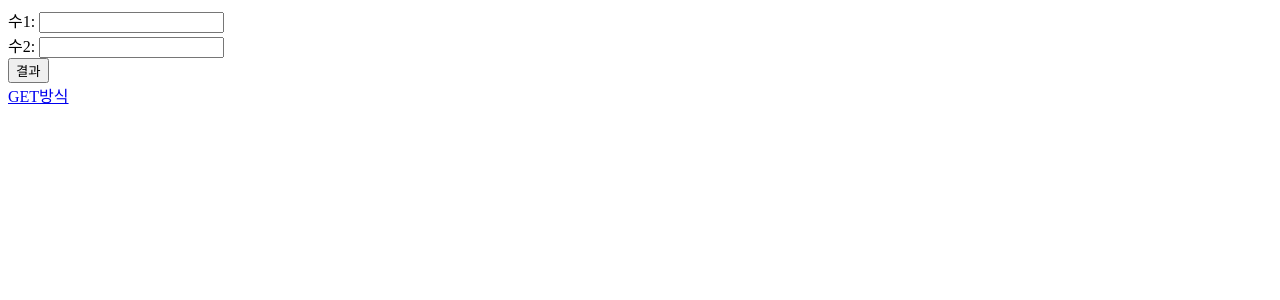
Repository: ProSleeper/itwill
Page: http://localhost/study/day1/hap.jsp
These files come from the project's save history. The page is drawn as it stood at one moment and after the next save; the edit follows.
The browser window is 1280 px wide. The pictures show the whole page.
The page is served by Tomcat 9.

Above is the page before, as saved 2022-07-18 01:18:55.

### study/WebContent/day1/hap.jsp
<%@ page language="java" contentType="text/html; charset=UTF-8"
    pageEncoding="UTF-8"%>
<!DOCTYPE html PUBLIC "-//W3C//DTD HTML 4.01 Transitional//EN" "http://www.w3.org/TR/html4/loose.dtd">
<html>
<head>
<meta http-equiv="Content-Type" content="text/html; charset=UTF-8">
<title>Insert title here</title>
</head>
<body>

<form action="hap_ok.jsp" method = "get">
    <!-- <form action="hap_ok.jsp" method = "post"></form> -->
    <!-- get방식은 주소창에 데이터를 보여주고
        post방식은 데이터를 안보여준다.



         -->

수1: <input  type = "text" name = "su1"/><br/>
수2: <input  type = "text" name = "su2"/><br/>
<input type="submit" value="결과"/><br/>


</form>

<a href = "hap_ok.jsp?su1=100">GET방식</a>



</body>
</html>

After the next save:
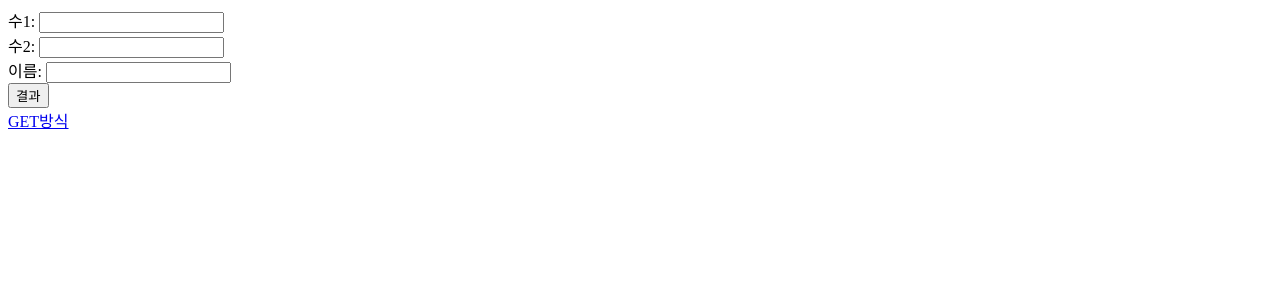
Saved 35 s later.
--- a/study/WebContent/day1/hap.jsp
+++ b/study/WebContent/day1/hap.jsp
@@ -19,6 +19,7 @@
 
 수1: <input  type = "text" name = "su1"/><br/>
 수2: <input  type = "text" name = "su2"/><br/>
+이름: <input type = "text" name = "name"/><br/>
 <input type="submit" value="결과"/><br/>
 
 
